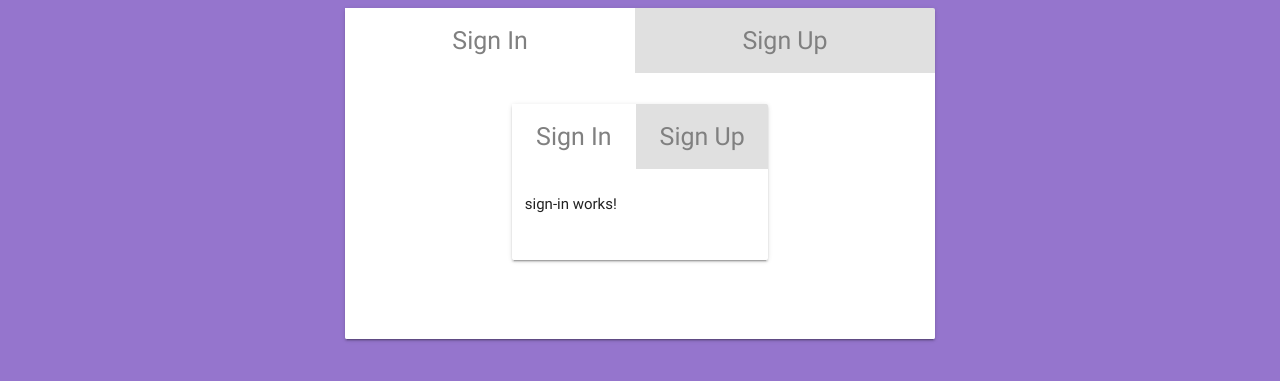
Repository: Nirmit04/Session-Management
Page: / (app in webapp/)
These files come from the project's save history. The page is drawn as it stood at one moment and after the next save; the edit follows.
The browser window is 1280 px wide. The pictures show the whole page.
Some web libraries are served in a nearby version. The project was rebuilt for these pictures with package versions that can differ from the ones it lists, and the page was loaded fresh each time. Also part of the build but not shown: webapp/angular.json, webapp/src/app/home/home.component.ts, webapp/src/app/user/sign-up/sign-up/sign-up.component.ts.

Above is the page before, as saved 2019-02-15 11:47:04.

### webapp/src/index.html
<!doctype html>
<html lang="en">

<head>
  <meta charset="utf-8">
  <title>Llr</title>
  <base href="/">

  <meta name="viewport" content="width=device-width, initial-scale=1">
  <link rel="icon" type="image/x-icon" href="favicon.ico">
  <link rel="stylesheet" href="https://use.fontawesome.com/releases/v5.7.2/css/all.css"
    integrity="sha384-fnmOCqbTlWIlj8LyTjo7mOUStjsKC4pOpQbqyi7RrhN7udi9RwhKkMHpvLbHG9Sr" crossorigin="anonymous">
  <link rel="stylesheet" href="https://cdnjs.cloudflare.com/ajax/libs/materialize/0.100.2/css/materialize.min.css">
  <link rel="stylesheet" href="https://cdnjs.cloudflare.com/ajax/libs/materialize/0.100.2/css/materialize.min.css">
  <link href="https://fonts.googleapis.com/icon?family=Material+Icons" rel="stylesheet">
</head>

<body class="deep-purple lighten-2">
  <!-- <video style="z-index: -1; position:relative; width:100%;" autoplay muted loop id="myVideo">

    <source src="assets/Website Design Background Video.mp4" type="video/mp4">

  </video> -->

  <app-root></app-root>
  <div style="position:absolute; z-index:999;width:100%;height:100%; top:0%; left:0rem;"></div>
  </div>

  <script src="https://ajax.googleapis.com/ajax/libs/jquery/3.2.1/jquery.min.js"></script>
  <script src="https://cdnjs.cloudflare.com/ajax/libs/materialize/0.100.2/js/materialize.min.js"></script>
</body>

</html>

### webapp/src/styles.css


#toast-container > div {
    opacity:1;
}

button.btn-submit{
    background-color: #38547b;
    color: #fff;
    width: 100%;
}
button.btn-submit:focus,button.btn-submit:hover{
    background-color: #38547b;
}

input.ng-invalid.ng-dirty{
    border-bottom-color : #e91e63 !important;
    box-shadow: 0 1px 0 0 #e91e63 !important;
}
/*for error div i*/
div.error-message i{
    vertical-align: middle !important;
}

/*for tab control*/
.tabs{
    height: 65px;
}
.tabs .tab{
    text-transform : none !important;
    line-height: 65px;
    height: 65px;
}
.tabs .tab a{
    font-size: 25px;
    color: grey !important;
}

.tabs .tab a.active{
    background-color: #fff !important;
}

### webapp/src/app/app.module.ts
import { BrowserModule } from '@angular/platform-browser';
import { NgModule } from '@angular/core';
import { FormsModule } from '@angular/forms';
import { AppRoutingModule } from './app-routing.module';
import { AppComponent } from './app.component';
import { SignUpComponent } from 'src/app/user/sign-up/sign-up/sign-up.component';
import { HttpClientModule } from '@angular/common/http';
import { UserService } from './shared/user.service';
import { ToastrModule } from 'ngx-toastr';
import { BrowserAnimationsModule } from '@angular/platform-browser/animations';
import { UserComponent } from 'src/app/user/user.component';
import { SignInComponent } from './user/sign-in/sign-in.component';
import { HomeComponent } from './home/home.component';
@NgModule({
  declarations: [
    AppComponent,
    SignUpComponent,
    UserComponent,
    SignInComponent,
    HomeComponent
  ],
  imports: [
    BrowserModule,
    AppRoutingModule,
    FormsModule,
    HttpClientModule,
    ToastrModule.forRoot(),
    BrowserAnimationsModule
  ],
  providers: [UserService],
  bootstrap: [AppComponent]
})
export class AppModule { }

### webapp/src/app/app-routing.module.ts
import { NgModule } from '@angular/core';
import { Routes, RouterModule } from '@angular/router';
import { HomeComponent } from './home/home.component';
import { SignInComponent } from './user/sign-in/sign-in.component';
import { SignUpComponent } from 'src/app/user/sign-up/sign-up/sign-up.component';
import { UserComponent } from 'src/app/user/user.component';

const routes: Routes = [
  { path: 'home', component: HomeComponent },
  {
    path: 'signup', component: UserComponent,
    children: [{ path: '', component: SignUpComponent }]
  },
  {
    path: 'login', component: UserComponent,
    children: [{ path: '', component: SignInComponent }]
  },
  { path: '', redirectTo: '/login', pathMatch: 'full' }
];

@NgModule({
  imports: [RouterModule.forRoot(routes)],
  exports: [RouterModule]
})
export class AppRoutingModule { }

### webapp/src/app/app.component.ts
import { Component } from '@angular/core';

@Component({
  selector: 'app-root',
  templateUrl: './app.component.html',
  styleUrls: ['./app.component.css']
})
export class AppComponent {
  title = 'llr';
}

### webapp/src/app/shared/user.service.ts
import { Injectable } from '@angular/core';
import { HttpClient } from '@angular/common/http';
import { HttpResponse } from '@angular/common/http';
// import { Observable } from 'rxjs';
// import 'rxjs/add/operator/map';
import { User } from './user.model';

@Injectable({
  providedIn: 'root'
})
export class UserService {
  readonly rootUrl = 'http://ea9919d1.ngrok.io';

  constructor(private http: HttpClient) { }
  registerUser(user: User) {
    const body = {
      UserName: user.UserName,
      Password: user.Password,
      Email: user.Email,
      FirstName: user.FirstName,
      LastName: user.LastName,
      PhoneNumber: user.Mobile,
      // DateOfBirth: user.dob
    };
    return this.http.post(this.rootUrl + '/api/User/Register', body);
  }

}

### webapp/src/app/app.component.html
<!-- The content below is only a placeholder and can be replaced. -->
<!-- <div class="container">
  <app-sign-up></app-sign-up>
</div> -->
<app-user></app-user>
<!-- <router-outlet></router-outlet> -->

### webapp/src/app/user/user.component.html

<div class="container">
    <div class="row">
      <div class="col s8 offset-s2">
        <div class="card grey lighten-2">
          <div class="card-tabs">
            <ul class="tabs tabs-fixed-width tabs-transparent">
              <li class="tab">
                <a routerLink='/login' routerLinkActive='active'>Sign In</a>
              </li>
              <li class="tab">
                <a  routerLink='/signup' routerLinkActive='active'>Sign Up</a>
              </li>
            </ul>
          </div>
          <div class="card-content white">
            <div class="row">
              <router-outlet></router-outlet>
            </div>
          </div>
        </div>
      </div>
    </div>
  </div>

Loaded but not shown: webapp/src/main.ts (common file); webapp/src/environments/environment.ts (common file); webapp/src/app/user/user.component.ts (common file); webapp/src/app/user/sign-in/sign-in.component.ts (common file); webapp/src/app/user/sign-in/sign-in.component.html (common file); webapp/src/app/app.component.css (no stored copy; drawn as an empty file); webapp/src/app/user/user.component.css (no stored copy; drawn as an empty file); webapp/src/app/user/sign-in/sign-in.component.css (no stored copy; drawn as an empty file)

After the next save:
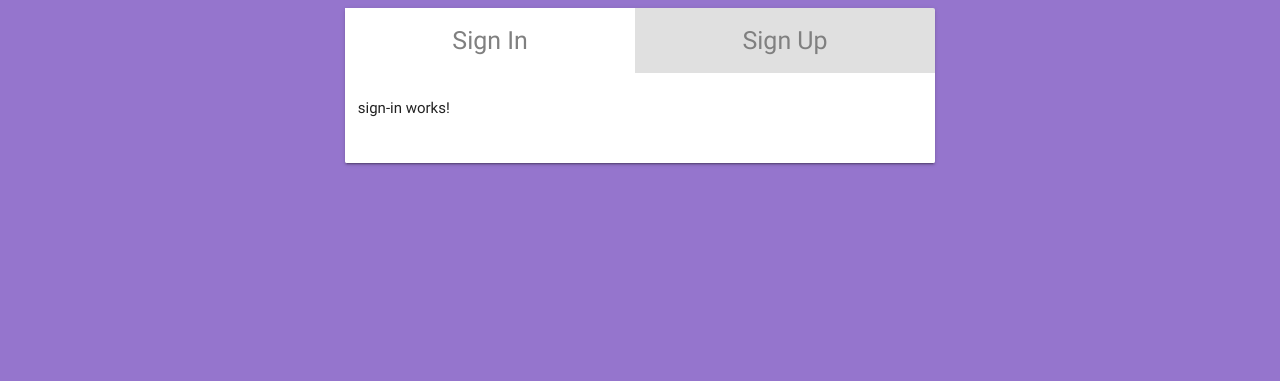
Saved 34 s later.
--- a/webapp/src/app/app.component.html
+++ b/webapp/src/app/app.component.html
@@ -2,5 +2,5 @@
 <!-- <div class="container">
   <app-sign-up></app-sign-up>
 </div> -->
-<app-user></app-user>
-<!-- <router-outlet></router-outlet> -->
+
+<router-outlet></router-outlet>
